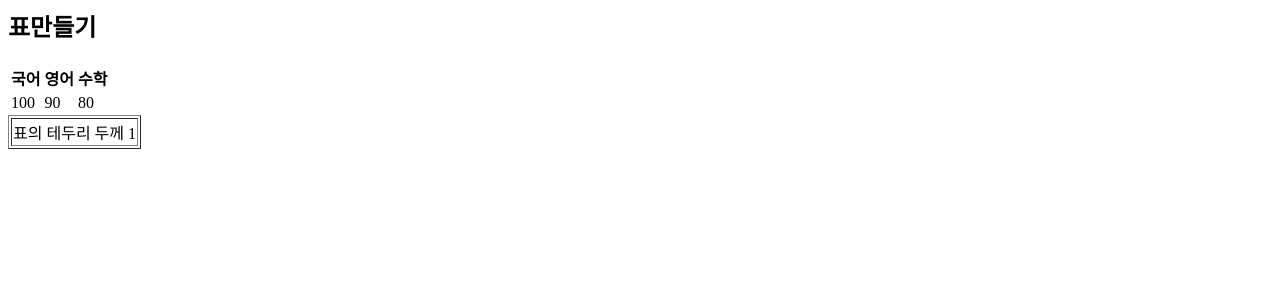
Repository: kisunssong/jsp
Page: http://localhost/test/table.jsp
These files come from the project's save history. The page is drawn as it stood at one moment and after the next save; the edit follows.
The browser window is 1280 px wide. The pictures show the whole page.
The page is served by Tomcat 9.

Above is the page before, as saved 2020-10-28 13:51:54.

After the next save:
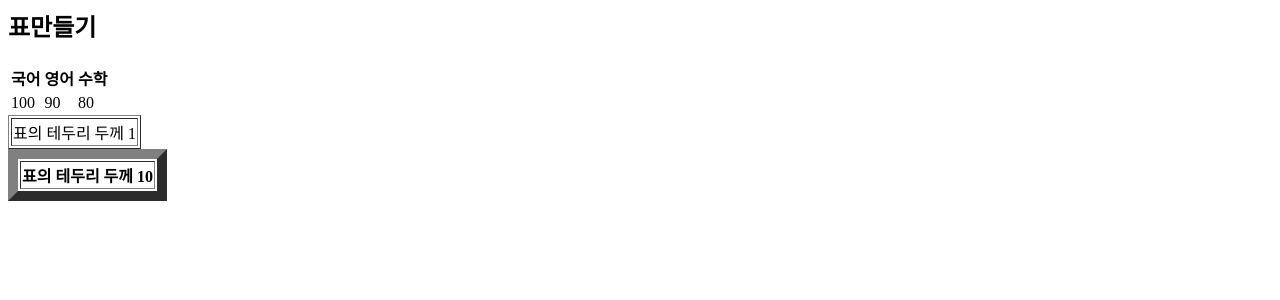
Saved 34 s later.
--- a/test/WebContent/table.jsp
+++ b/test/WebContent/table.jsp
@@ -12,6 +12,8 @@
 
 <TABLE BORDER="1">
 <TR><TD>표의 테두리 두께 1</TR>
+<TABLE BORDER="10">
+<TR><TH>표의 테두리 두께 10</TR>
 </TABLE>
 <TR></TR>
 </TABLE>
